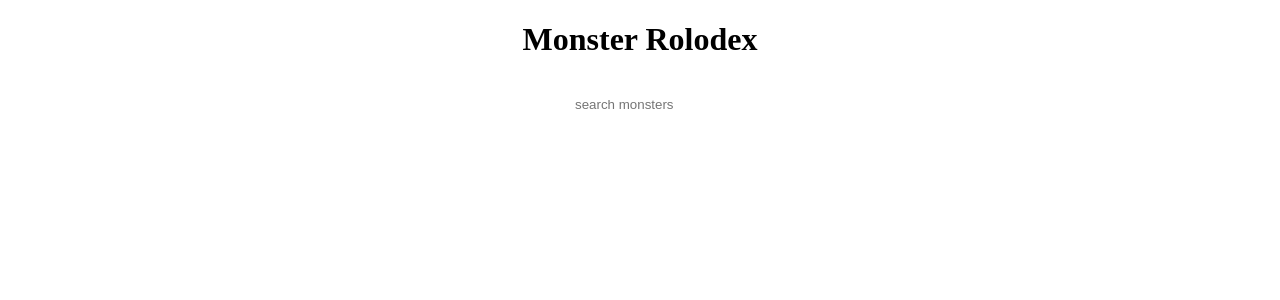
Repository: Loskilo/Monster-rolodex
Page: /
These files come from the project's save history. The page is drawn as it stood at one moment and after the next save; the edit follows.
The browser window is 1280 px wide. The pictures show the whole page.
The page's requests for data from a server got no answer. Some web fonts or font styles are not loaded; a fallback is used. The project was rebuilt for these pictures with package versions that can differ from the ones it lists, and the page was loaded fresh each time. No one was signed in, and anything a server would have sent is missing. Also part of the build but not shown: src/components/card/card.component.css, src/components/card/card.component.jsx.

Above is the page before, as saved 2021-05-10 20:45:55.

After the next save:
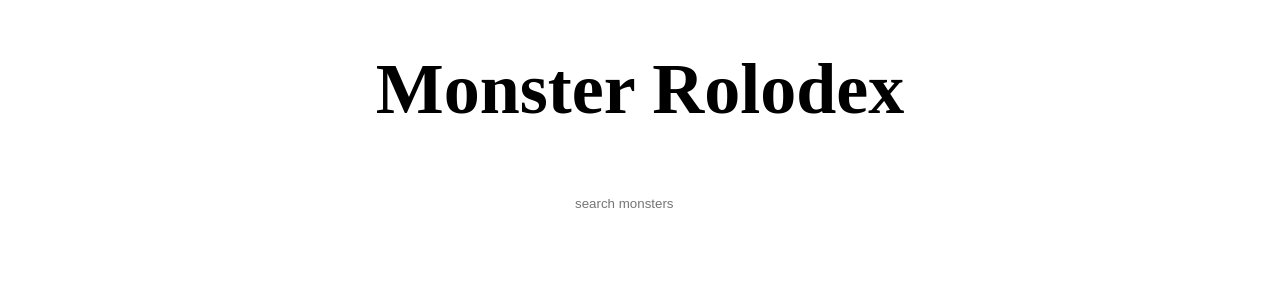
Saved 48 s later.
--- a/src/App.css
+++ b/src/App.css
@@ -4,4 +4,5 @@
 
 h1 {
   font-family: 'Bigelow Rules', cursive;
+  font-size: 72px;
 }
